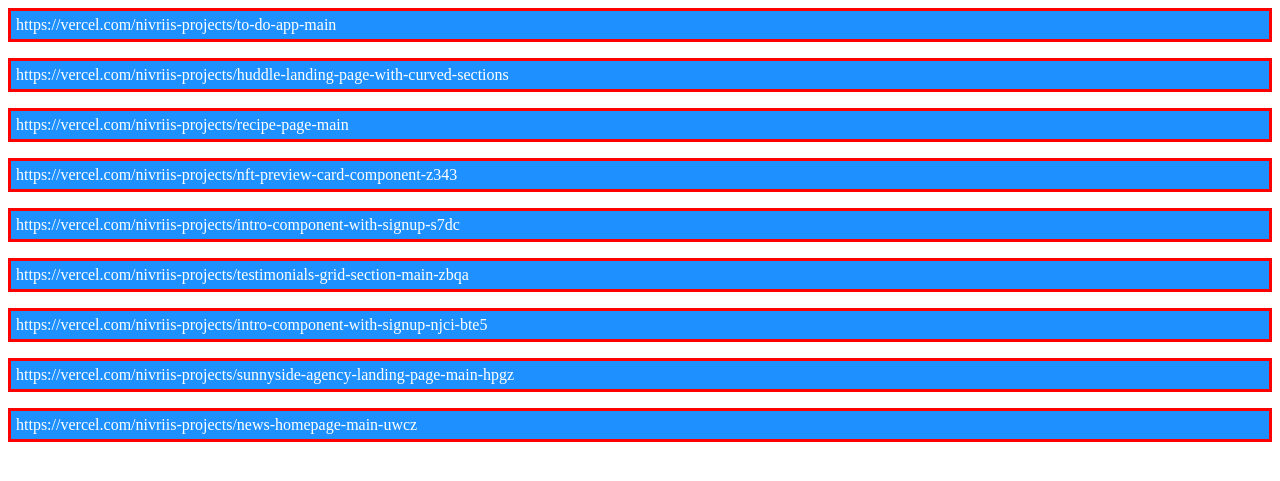
Repository: nivrii/links
Page: links.html
An editor plug-in stored every save of this project. The page is shown before and after the next save, followed by the edit.
The browser window is 1280 px wide. The pictures show the whole page.

Above is the page before, as saved 2024-07-06 20:46:23.

After the next save:
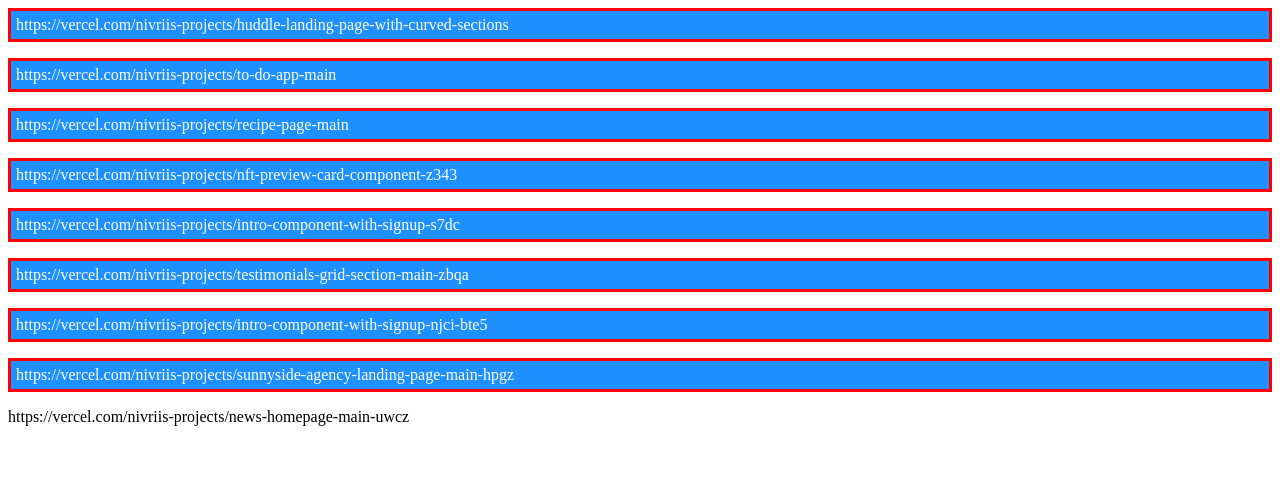
Saved 38 s later.
--- a/links.html
+++ b/links.html
@@ -10,7 +10,7 @@
       flex-direction: column;
       gap: 1rem;
     }
-    div{
+    a{
       display: block;
       padding: 5px;
       background-color: dodgerblue;
@@ -20,14 +20,14 @@
   </style>
 </head>
 <body>
-  <div>https://vercel.com/nivriis-projects/to-do-app-main</div>
-  <div>https://vercel.com/nivriis-projects/huddle-landing-page-with-curved-sections</div>
-  <div>https://vercel.com/nivriis-projects/recipe-page-main</div>
-  <div>https://vercel.com/nivriis-projects/nft-preview-card-component-z343</div>
-  <div>https://vercel.com/nivriis-projects/intro-component-with-signup-s7dc</div>
-  <div>https://vercel.com/nivriis-projects/testimonials-grid-section-main-zbqa</div>
-  <div>https://vercel.com/nivriis-projects/intro-component-with-signup-njci-bte5</div>
-  <div>https://vercel.com/nivriis-projects/sunnyside-agency-landing-page-main-hpgz</div>
+  <a>https://vercel.com/nivriis-projects/huddle-landing-page-with-curved-sections</a>
+  <a>https://vercel.com/nivriis-projects/to-do-app-main</a>
+  <a>https://vercel.com/nivriis-projects/recipe-page-main</a>
+  <a>https://vercel.com/nivriis-projects/nft-preview-card-component-z343</a>
+  <a>https://vercel.com/nivriis-projects/intro-component-with-signup-s7dc</a>
+  <a>https://vercel.com/nivriis-projects/testimonials-grid-section-main-zbqa</a>
+  <a>https://vercel.com/nivriis-projects/intro-component-with-signup-njci-bte5</a>
+  <a>https://vercel.com/nivriis-projects/sunnyside-agency-landing-page-main-hpgz</a>
   <div>https://vercel.com/nivriis-projects/news-homepage-main-uwcz</div>
 </body>
 </html>
